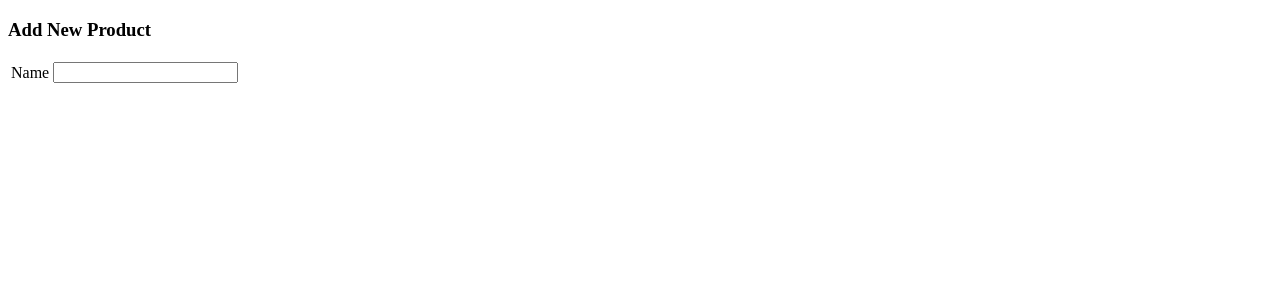
Repository: HsuMon123/Testing-Java-EE
Page: http://localhost/04-jsp-java-bean/
These files come from the project's save history. The page is drawn as it stood at one moment and after the next save; the edit follows.
The browser window is 1280 px wide. The pictures show the whole page.
The page is served by Tomcat 9.

Above is the page before, as saved 2020-12-17 11:06:27.

After the next save:
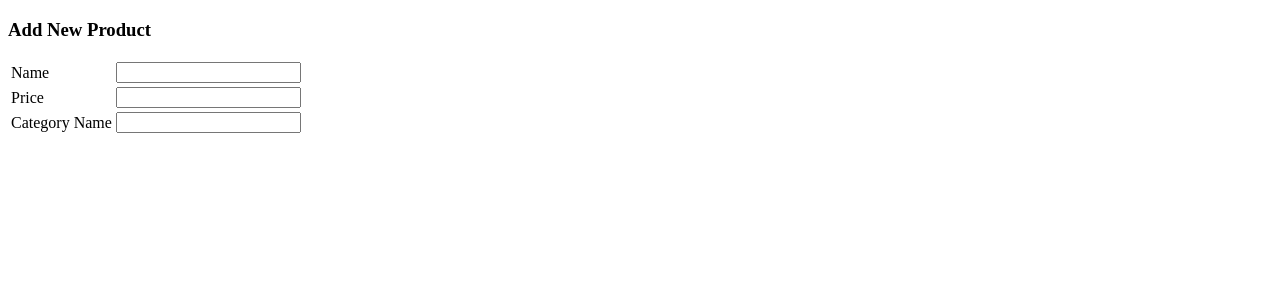
Saved 77 s later.
--- a/04-jsp-java-bean/src/main/webapp/index.jsp
+++ b/04-jsp-java-bean/src/main/webapp/index.jsp
@@ -17,12 +17,16 @@
 				</td>
 			</tr>
 			<tr>
-				<td></td>
-				<td></td>
+				<td>Price</td>
+				<td>
+					<input type="number" name="price"/>
+				</td>
 			</tr>
 			<tr>
-				<td></td>
-				<td></td>
+				<td>Category Name</td>
+				<td>
+					<input type="text" name="catName" />
+				</td>
 			</tr>
 			<tr>
 				<td></td>
